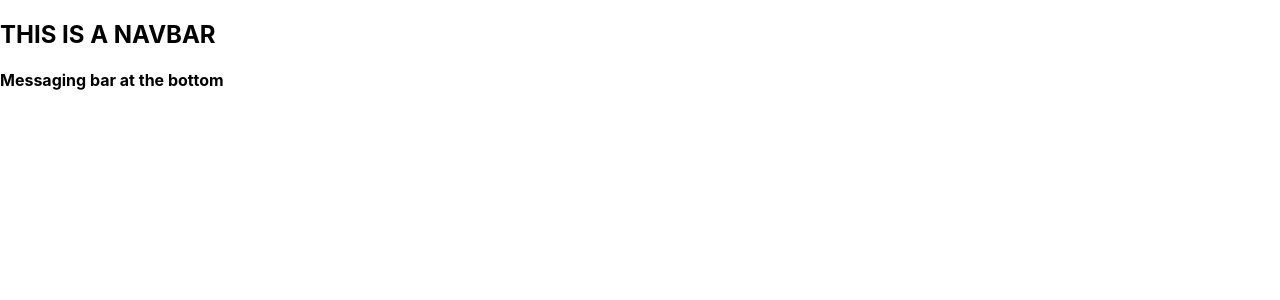
Repository: react-for-web-developers/03-react-components
Page: / (app in exercises/linkedin/)
The author's editor kept a copy of each file at every save. The page is drawn from the files as they stood at one save, then again after the next save.
The browser window is 1280 px wide. The pictures show the whole page.
The project was rebuilt for these pictures with package versions that can differ from the ones it lists, and the page was loaded fresh each time. Also part of the build but not shown: exercises/linkedin/src/App.css.

Above is the page before, as saved 2021-10-13 22:59:05.

### exercises/linkedin/src/App.js
import './App.css';
import NavBar from './components/NavBar';
import Messaging from './components/Messaging';

function App() {
  return (
    <div>
      <NavBar/>
      <Messaging/>
    </div>
  );
}

export default App;

### exercises/linkedin/src/components/NavBar.js
import React from 'react'

export default function NavBar() {
    return (
        <div>
            <h2>THIS IS A NAVBAR</h2>
        </div>
    )
}

### exercises/linkedin/src/components/Messaging.js
import React from 'react'
import Message from './Message'

export default function Messaging() {
    return (
        <div>
            <h4>Messaging bar at the bottom</h4>
            <message/>
        </div>
    )
}

### exercises/linkedin/src/components/message.js
import React from 'react'

export default function message() {
    return (
        <div>
            <h5>This is a message</h5>
        </div>
    )
}

Loaded but not shown: exercises/linkedin/public/index.html (common file); exercises/linkedin/src/index.js (common file); exercises/linkedin/src/index.css (common file); exercises/linkedin/src/reportWebVitals.js (common file)

After the next save:
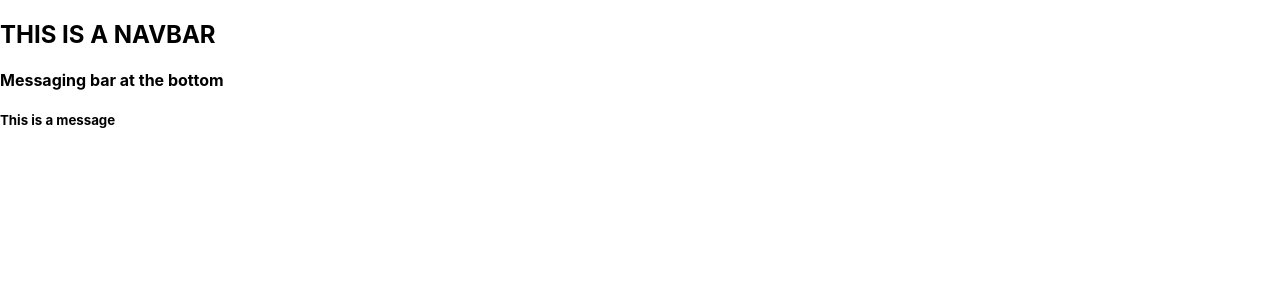
Saved 4 s later.
--- a/exercises/linkedin/src/components/Messaging.js
+++ b/exercises/linkedin/src/components/Messaging.js
@@ -5,7 +5,7 @@
     return (
         <div>
             <h4>Messaging bar at the bottom</h4>
-            <message/>
+            <Message/>
         </div>
     )
 }

After the 5 saves that followed:
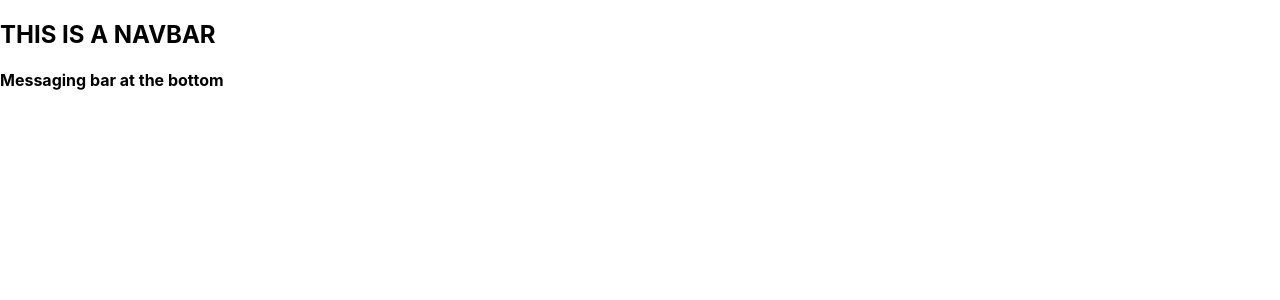
The 5 saves are shown as one change because 1 did not build or start and 2 left the picture as it was and some came seconds apart.
The last was saved 69 s later.
--- a/exercises/linkedin/src/components/Messaging.js
+++ b/exercises/linkedin/src/components/Messaging.js
@@ -1,11 +1,11 @@
 import React from 'react'
-import Message from './Message'
+
 
 export default function Messaging() {
     return (
         <div>
             <h4>Messaging bar at the bottom</h4>
-            <Message/>
+
         </div>
     )
 }
--- a/exercises/linkedin/src/components/message.js
+++ b/exercises/linkedin/src/components/message.js
@@ -1,6 +1,6 @@
 import React from 'react'
 
-export default function message() {
+export default function Message() {
     return (
         <div>
             <h5>This is a message</h5>
